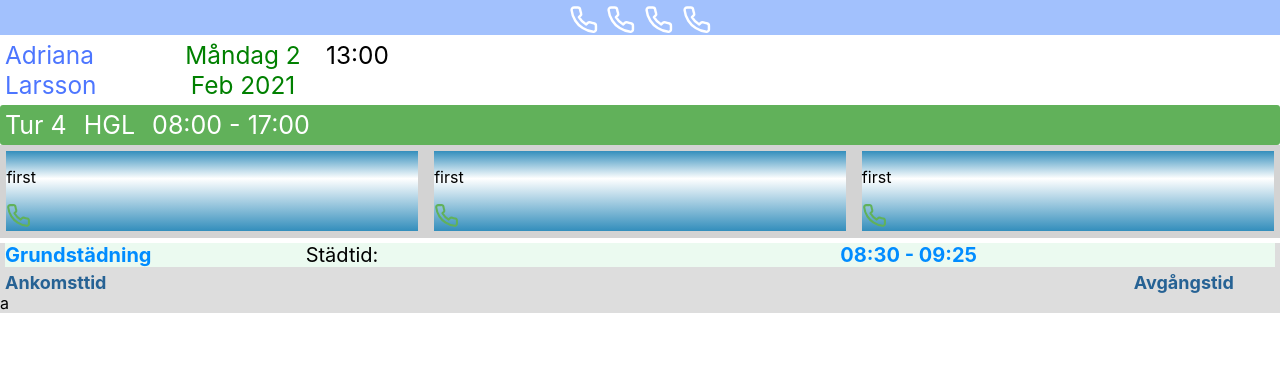
Repository: AdrianaLarsson/learning-react-adriana
Page: /
An editor plug-in stored every save of this project. The page is shown before and after a run of saves, followed by the edit.
The browser window is 1280 px wide. The pictures show the whole page.
The project was rebuilt for these pictures with package versions that can differ from the ones it lists, and the page was loaded fresh each time. Also part of the build but not shown: src/components/pixiLearn/pixi-learning.js, src/components/pixiLearn/reactTimline/timelinegant.js.

Above is the page before, as saved 2021-02-18 09:55:05.

After the next 2 saves:
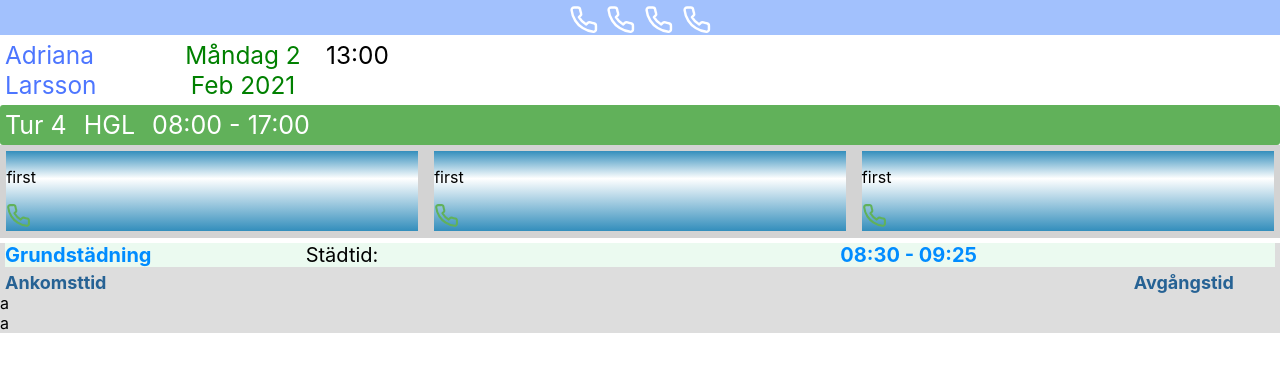
The 2 saves are shown as one change because they came seconds apart.
The last was saved 11 s later.
--- a/src/components/pixiLearn/waypoint-mobile/trainsinfo.js
+++ b/src/components/pixiLearn/waypoint-mobile/trainsinfo.js
@@ -18,6 +18,7 @@ function trainsinfo() {
       <Col className="arrivaltime">Ankomsttid </Col>
       <Col className="departuretime">Avgångstid </Col>
       <Col className="">a </Col>
+      <Col className="">a </Col>
   </Row>
 </Container>
 
